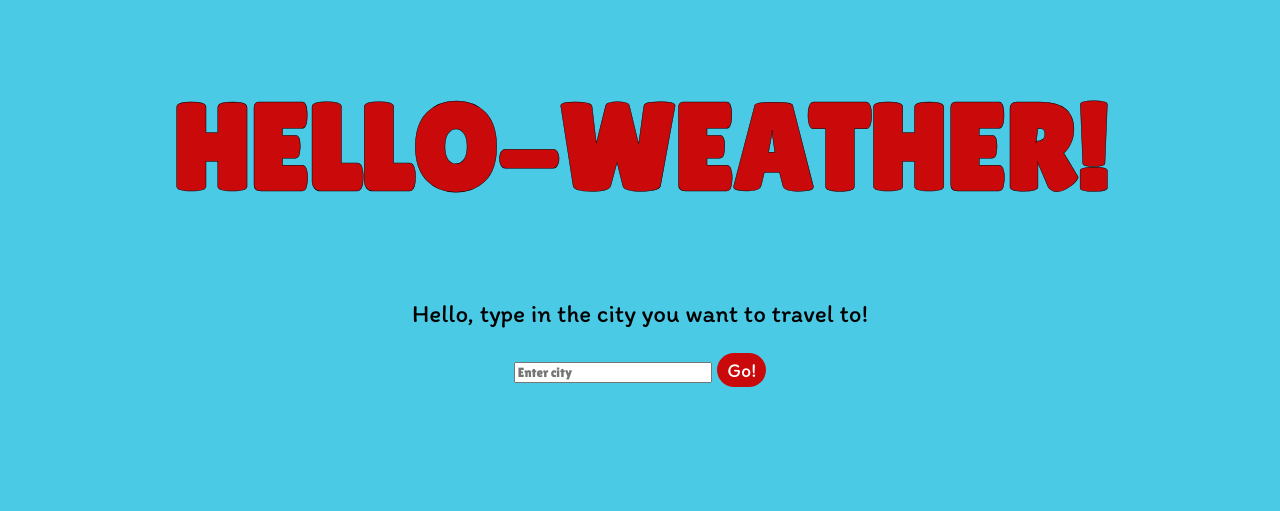
Repository: Jazinha/Hello-kitty-weather
Page: index.html
An editor plug-in stored every save of this project. The page is shown before and after the next save, followed by the edit.
The browser window is 1280 px wide. The pictures show the whole page.

Above is the page before, as saved 2023-02-04 16:55:18.

### index.html
<!DOCTYPE html>
<html>
    <head>
        <title>Hello-Weather!</title>
        <meta charset="utf-8">
        <link rel="stylesheet" href="style.css">
        <link rel="preconnect" href="https://fonts.googleapis.com">
<link rel="preconnect" href="https://fonts.gstatic.com" crossorigin>
<link href="https://fonts.googleapis.com/css2?family=Itim&family=Lilita+One&display=swap" rel="stylesheet">
    </head>
    <body>
        <div class="container">
            <div id="home" class="flex-column flex-center"></div>
            <h1>HELLO-WEATHER!</h1>
            <p>Hello, type in the city you want to travel to!</p>
            <input id="initial" type="text" placeholder="Enter city">
            <a href="forecast.html" class="btn">Go! </a></div>
        </div>
        <i class="fa-regular fa-cloud"></i>
    </body>
</html>

### style.css
body {
    background-color: rgb(75, 202, 230);
    font-size: 25px;
    font-family: 'Itim', cursive;;
}

.container {
    text-align: center;
    justify-content: center;
}

h1 {
    font-size: 120px;
    font-family: 'Lilita One', cursive;
    color: rgb(202, 10, 10);
    -webkit-text-stroke: .5px black;
}

#initial {
    font-family: 'Lilita One', cursive;
    width: 190px;
}

.btn {
    border: 0;
    padding: 5px 10px;
    font-size: 20px;
    background-color:rgb(202, 10, 10);
    width: 80px;
    border-radius: 20px;
    color: #ffffff;
    text-align: center;
    text-decoration: none;
}


.btn:hover {
    background-color: rgb(217, 75, 98);
  }

After the next save:
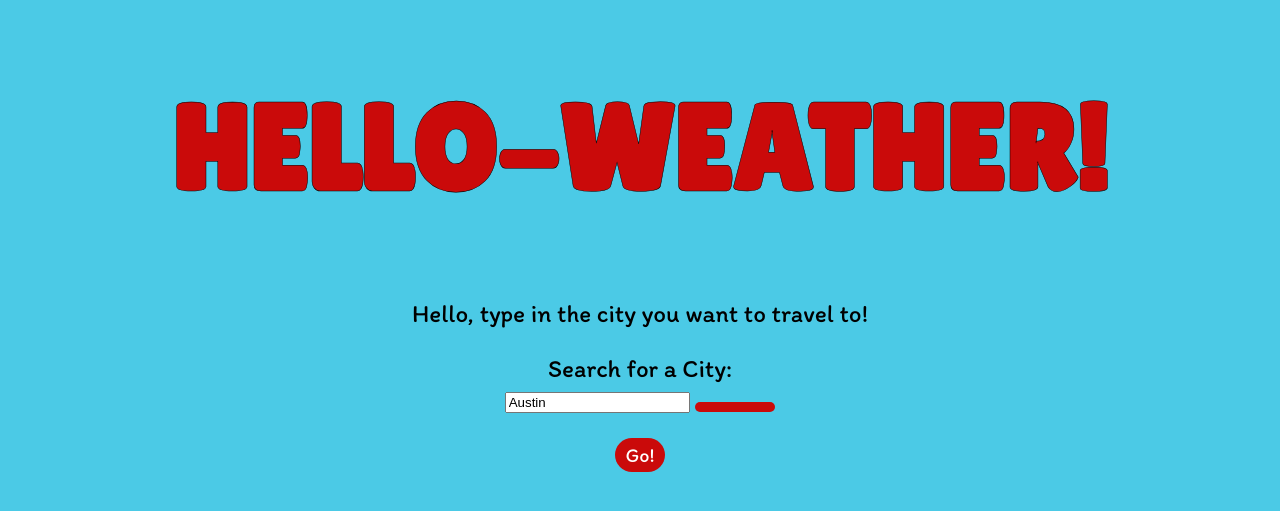
Saved 2 min 45 s later.
--- a/index.html
+++ b/index.html
@@ -13,9 +13,23 @@
             <div id="home" class="flex-column flex-center"></div>
             <h1>HELLO-WEATHER!</h1>
             <p>Hello, type in the city you want to travel to!</p>
-            <input id="initial" type="text" placeholder="Enter city">
+            <div id="content-left" class="col-md-3">
+                <form>
+                    <label for="search-city">Search for a City:</label>
+                    <div class="form-row">
+                        <input id="search-city" class="form-control" name="city" value="Austin"></input>
+                        <!-- fontawesome magnifying glass -->
+                        <button id="search-button" class="btn btn-primary" type="submit"></button>
+                    </div>
+                </form>
+                <div id="search-error"></div>
+                <!-- list of prior searched cities -->
+                <ul id="city-results" class="list-group mt-4"></ul>
+                <!-- clear storage button -->
+                <a id="clear-storage" href="#"></a>
+            </div>
             <a href="forecast.html" class="btn">Go! </a></div>
         </div>
-        <i class="fa-regular fa-cloud"></i>
+
     </body>
 </html>
